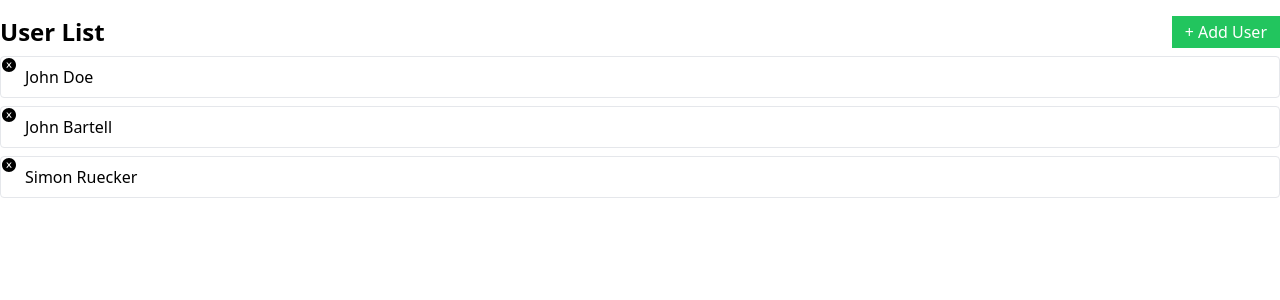
Repository: Marhamat92/users-app-redux-thunk-and-query
Page: /
The author's editor kept a copy of each file at every save. The page is drawn from the files as they stood at one save, then again after the next save.
The browser window is 1280 px wide. The pictures show the whole page.
The project was rebuilt for these pictures with package versions that can differ from the ones it lists, and the page was loaded fresh each time. Requests to the local data server were answered from the project's data file.

Above is the page before, as saved 2023-01-31 18:45:58.

After the next save:
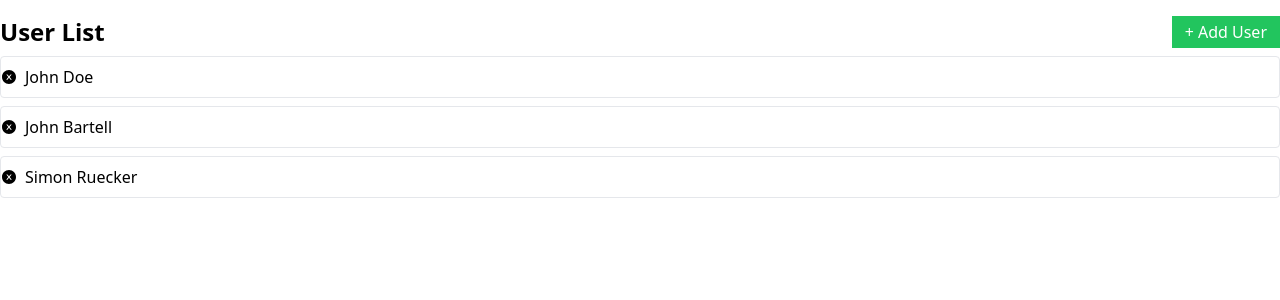
Saved 20 s later.
--- a/src/components/UsersListItem.js
+++ b/src/components/UsersListItem.js
@@ -4,7 +4,7 @@ import { AiFillCloseCircle } from "react-icons/ai";
 
 function UsersListItem({ user }) {
   return (
-    <div className='mb-2 mt-2 border rounded flex'>
+    <div className='mb-2 mt-2 border rounded flex items-center'>
       <AiFillCloseCircle />
       <div className='flex p-2 justify-between items-center cursor-pointer' >{user.name}</div>
     </div>
